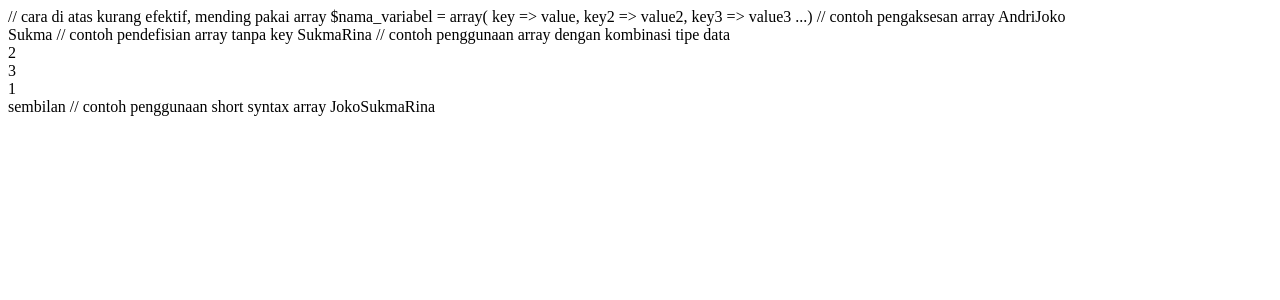
Repository: Bearli-py/latihan_PHP
Page: http://localhost/fungsi_array.php
The author's editor kept a copy of each file at every save. The page is drawn from the files as they stood at one save, then again after the next save.
The browser window is 1280 px wide. The pictures show the whole page.
The page is run by PHP 8.4 with error messages shown; the project is at /var/www/html/.

Above is the page before, as saved 2025-10-07 13:45:51.

### fungsi_array.php
<?php
$nama0="Andri";
$nama1="Joko";
$nama2="Sukma";
$nama3="Rina";
$nama4="Sari";
//... dst sampai $nama10
?>

// cara di atas kurang efektif, mending pakai array
$nama_variabel = array(
    key => value,
    key2 => value2,
    key3 => value3
    ...)

// contoh pengaksesan array
<?php
//pembuatan array
    $nama = array(
    1=>"Andri",
    2=>"Joko",
    3=>"Sukma",
    4=>"Rina",
    5=>"Sari");
//cara akses array
    echo $nama[1]; //Andri echo "<br />";
    echo $nama[2]; //Joko
    echo "<br />";
    echo $nama[3]; //Sukma
?>

// contoh pendefisian array tanpa key
<?php
// pembuatan array
    $nama = array("Andri","Joko","Sukma","Rina","Sari");
// pengaksesan array echo $nama[1]; //Joko echo "<br />";
    echo $nama[2]; //Sukma echo "<br />";
    echo $nama[3]; //Rina
?>

// contoh penggunaan array dengan kombinasi tipe data
<?php
// pembuatan array
    $coba = array (2=>"Andri", "dua"=>"2", 'tiga'=>3,
    true=>true,
    9=>"sembilan",);
// pengaksesan array echo
    $coba[2]; //Andri
    echo "<br />";
    echo $coba["dua"]; //2
    echo "<br />";
    echo $coba['tiga']; //3
    echo "<br />";
    echo $coba[true]; //1 (true di konversi menjadi 1)
    echo "<br />";
    echo $coba[9]; // sembilan
?>

// contoh penggunaan short syntax array
<?php
// pembuatan array
    $nama = ["Andri","Joko","Sukma","Rina","Sari"];
// pengaksesan array
    echo $nama[1]; //Joko echo "<br />";
    echo $nama[2]; //Sukma echo "<br />";
    echo $nama[3]; //Rina
?>

After the next save:
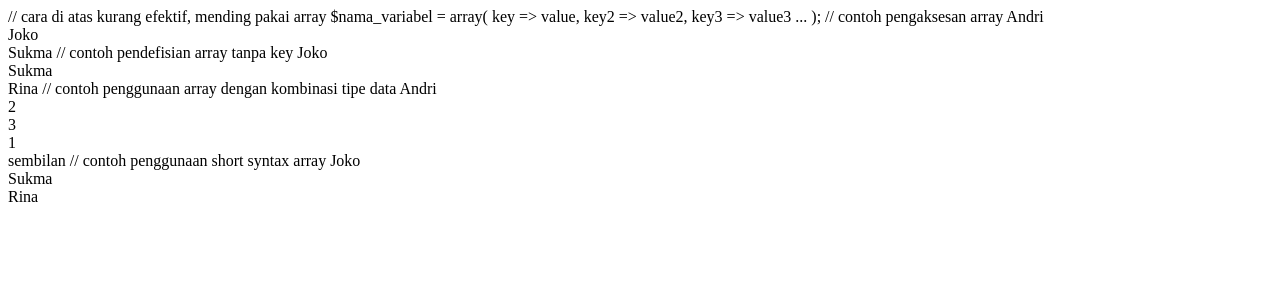
Saved 3 min 0 s later.
--- a/fungsi_array.php
+++ b/fungsi_array.php
@@ -1,10 +1,10 @@
 <?php
-$nama0="Andri";
-$nama1="Joko";
-$nama2="Sukma";
-$nama3="Rina";
-$nama4="Sari";
-//... dst sampai $nama10
+$nama0 = "Andri";
+$nama1 = "Joko";
+$nama2 = "Sukma";
+$nama3 = "Rina";
+$nama4 = "Sari";
+// ... dst sampai $nama10
 ?>
 
 // cara di atas kurang efektif, mending pakai array
@@ -12,57 +12,73 @@ $nama_variabel = array(
     key => value,
     key2 => value2,
     key3 => value3
-    ...)
+    ...
+);
 
 // contoh pengaksesan array
 <?php
-//pembuatan array
-    $nama = array(
-    1=>"Andri",
-    2=>"Joko",
-    3=>"Sukma",
-    4=>"Rina",
-    5=>"Sari");
-//cara akses array
-    echo $nama[1]; //Andri echo "<br />";
-    echo $nama[2]; //Joko
-    echo "<br />";
-    echo $nama[3]; //Sukma
+// pembuatan array
+$nama = array(
+    1 => "Andri",
+    2 => "Joko",
+    3 => "Sukma",
+    4 => "Rina",
+    5 => "Sari"
+);
+
+// cara akses array
+echo $nama[1]; // Andri
+echo "<br />";
+echo $nama[2]; // Joko
+echo "<br />";
+echo $nama[3]; // Sukma
 ?>
 
 // contoh pendefisian array tanpa key
 <?php
 // pembuatan array
-    $nama = array("Andri","Joko","Sukma","Rina","Sari");
-// pengaksesan array echo $nama[1]; //Joko echo "<br />";
-    echo $nama[2]; //Sukma echo "<br />";
-    echo $nama[3]; //Rina
+$nama = array("Andri", "Joko", "Sukma", "Rina", "Sari");
+
+// pengaksesan array
+echo $nama[1]; // Joko
+echo "<br />";
+echo $nama[2]; // Sukma
+echo "<br />";
+echo $nama[3]; // Rina
 ?>
 
 // contoh penggunaan array dengan kombinasi tipe data
 <?php
 // pembuatan array
-    $coba = array (2=>"Andri", "dua"=>"2", 'tiga'=>3,
-    true=>true,
-    9=>"sembilan",);
-// pengaksesan array echo
-    $coba[2]; //Andri
-    echo "<br />";
-    echo $coba["dua"]; //2
-    echo "<br />";
-    echo $coba['tiga']; //3
-    echo "<br />";
-    echo $coba[true]; //1 (true di konversi menjadi 1)
-    echo "<br />";
-    echo $coba[9]; // sembilan
+$coba = array(
+    2 => "Andri",
+    "dua" => "2",
+    'tiga' => 3,
+    true => true,
+    9 => "sembilan",
+);
+
+// pengaksesan array
+echo $coba[2]; // Andri
+echo "<br />";
+echo $coba["dua"]; // 2
+echo "<br />";
+echo $coba['tiga']; // 3
+echo "<br />";
+echo $coba[true]; // 1 (true dikonversi menjadi 1)
+echo "<br />";
+echo $coba[9]; // sembilan
 ?>
 
 // contoh penggunaan short syntax array
 <?php
 // pembuatan array
-    $nama = ["Andri","Joko","Sukma","Rina","Sari"];
+$nama = ["Andri", "Joko", "Sukma", "Rina", "Sari"];
+
 // pengaksesan array
-    echo $nama[1]; //Joko echo "<br />";
-    echo $nama[2]; //Sukma echo "<br />";
-    echo $nama[3]; //Rina
+echo $nama[1]; // Joko
+echo "<br />";
+echo $nama[2]; // Sukma
+echo "<br />";
+echo $nama[3]; // Rina
 ?>
